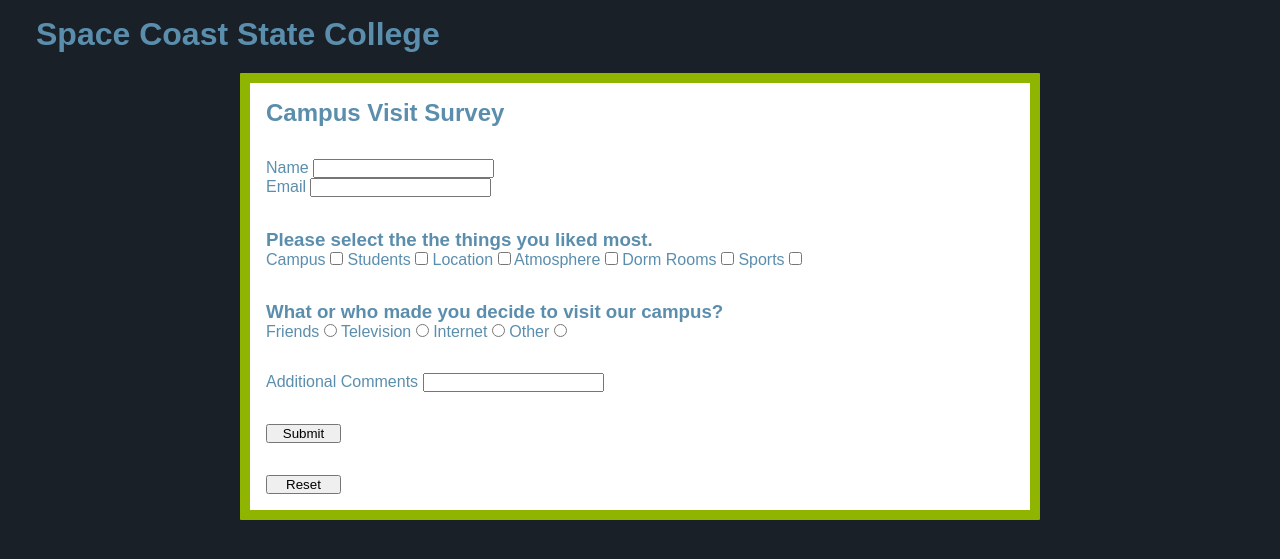
Repository: mlmEFSC21/P2-University-Form
Page: index.html
These files come from the project's save history. The page is drawn as it stood at one moment and after the next save; the edit follows.
The browser window is 1280 px wide. The pictures show the whole page.
Some web fonts or font styles are not loaded; a fallback is used.

Above is the page before, as saved 2022-01-29 18:57:31.

After the next save:
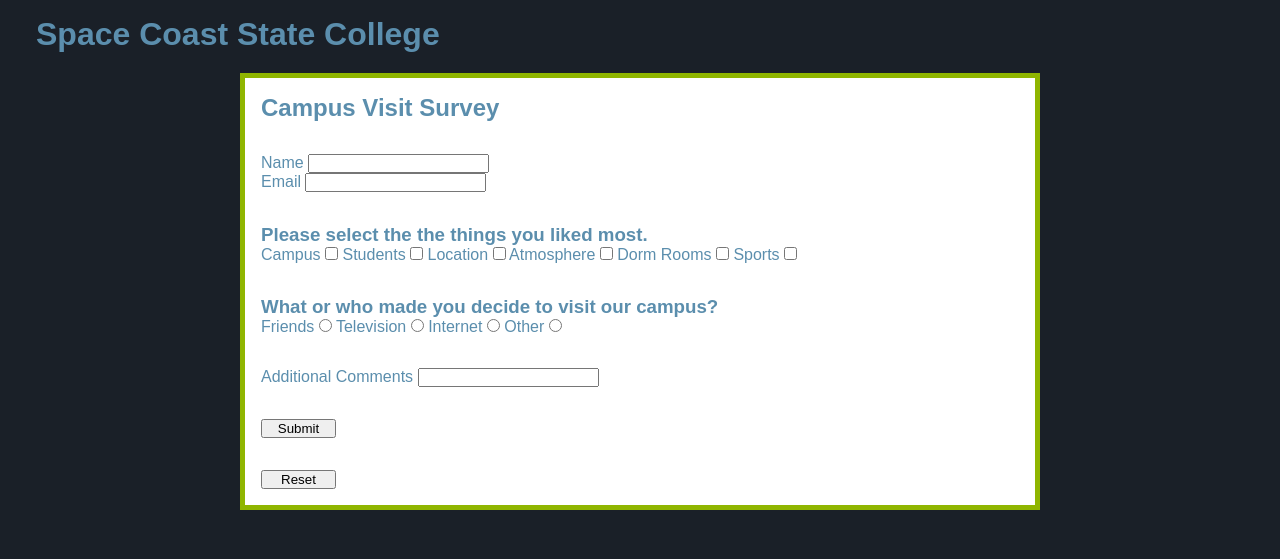
Saved 72 s later.
--- a/uniFormStyles.css
+++ b/uniFormStyles.css
@@ -28,8 +28,8 @@ header {
     display: flex;
     flex-direction: column;
     max-width: 800px;
-    border: 10px solid var(--clr-accent);
-    border-radius: 1px;
+    border: 5px solid var(--clr-accent);
+
     background-color: white;
     gap: 2rem;
     margin: auto;
